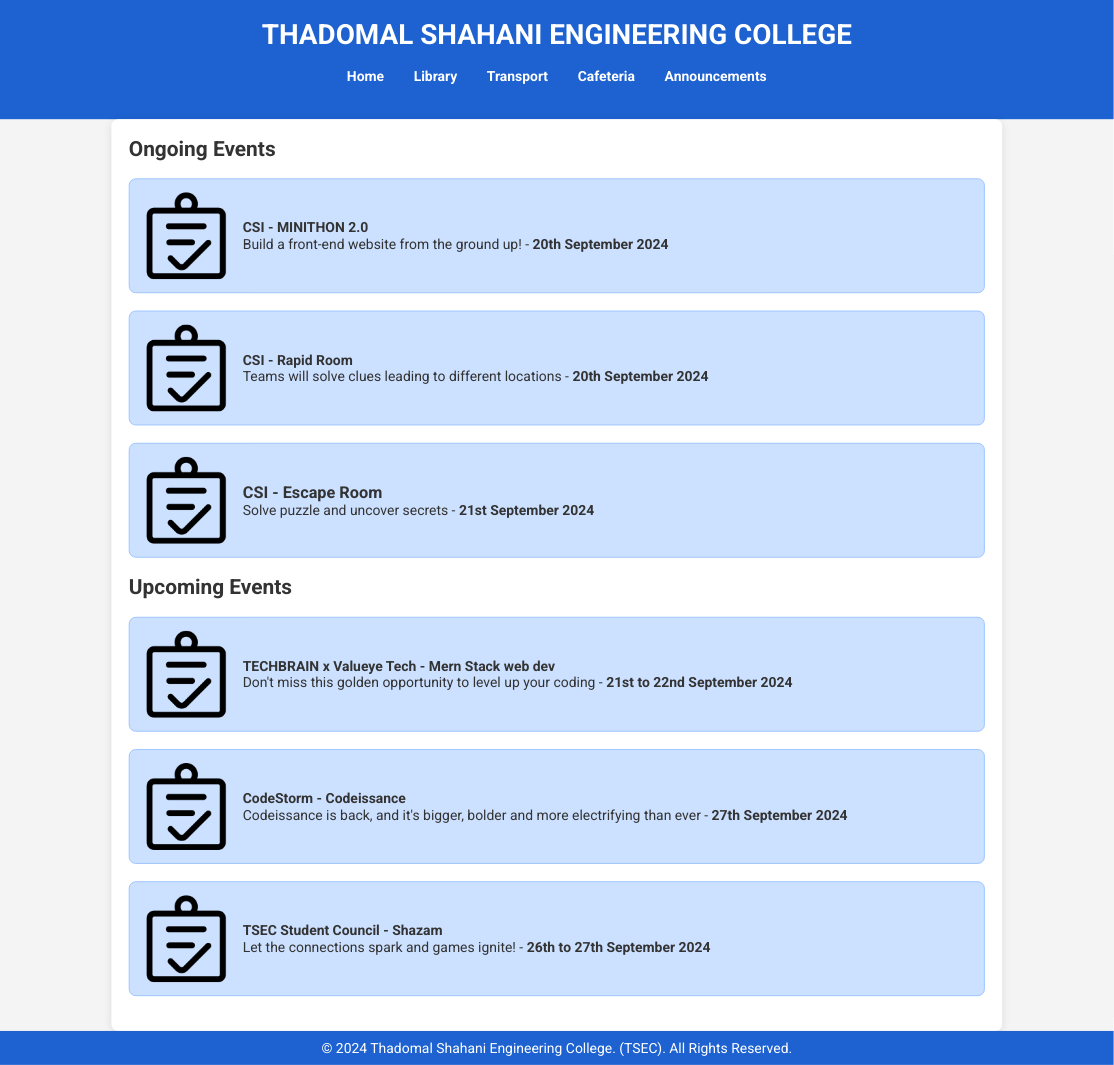
Repository: TejasS1233/MINITHON-hackathon-project
Page: Event.html
These files come from the project's save history. The page is drawn as it stood at one moment and after the next save; the edit follows.
The browser window is 1280 px wide. The pictures show the whole page, at 87% of full size.

Above is the page before, as saved 2024-09-20 11:13:57.

After the next save:
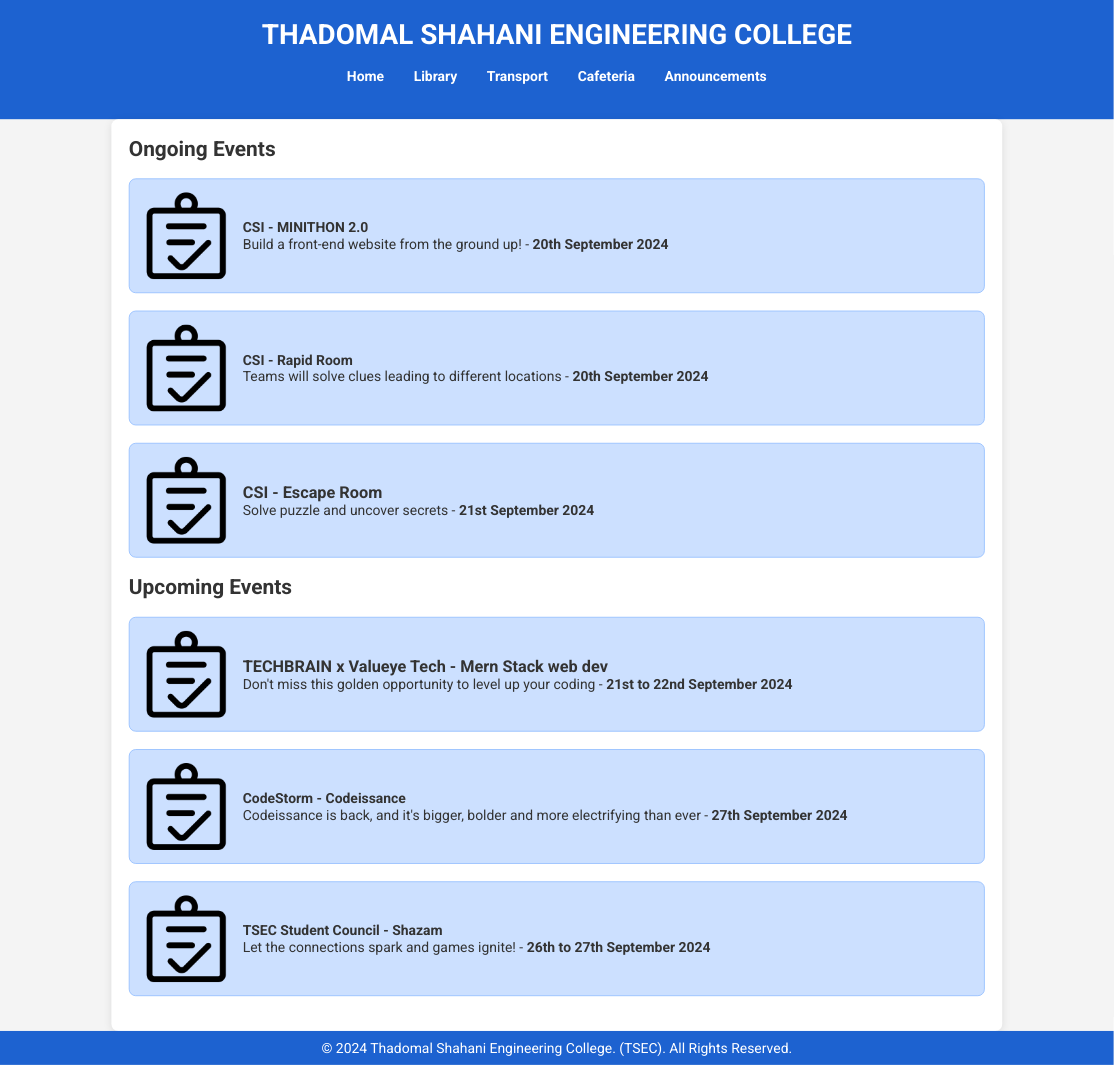
Saved 12 s later.
--- a/Event.html
+++ b/Event.html
@@ -129,7 +129,7 @@
         <div class="event-card">
             <img src="Events.png" alt="Event 4">
             <div>
-                <h4>TECHBRAIN x Valueye Tech - Mern Stack web dev</h4>
+                <h3>TECHBRAIN x Valueye Tech - Mern Stack web dev</h3>
                 <p>Don't miss this golden opportunity to level up your coding - <strong>21st to 22nd September
                         2024</strong></p>
             </div>
